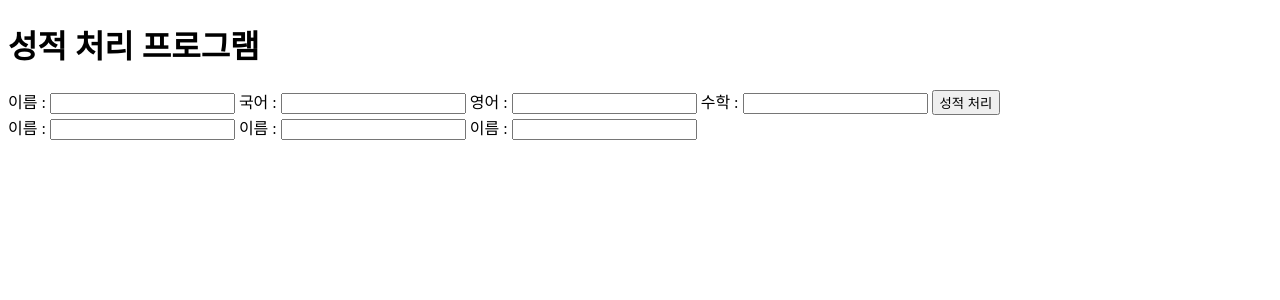
Repository: ChoHyeonJunn/Workspace_WEB
Page: jsp12_ajax01/WebContent/student.html
These files come from the project's save history. The page is drawn as it stood at one moment and after the next save; the edit follows.
The browser window is 1280 px wide. The pictures show the whole page.

Above is the page before, as saved 2020-01-22 06:45:55.

After the next save:
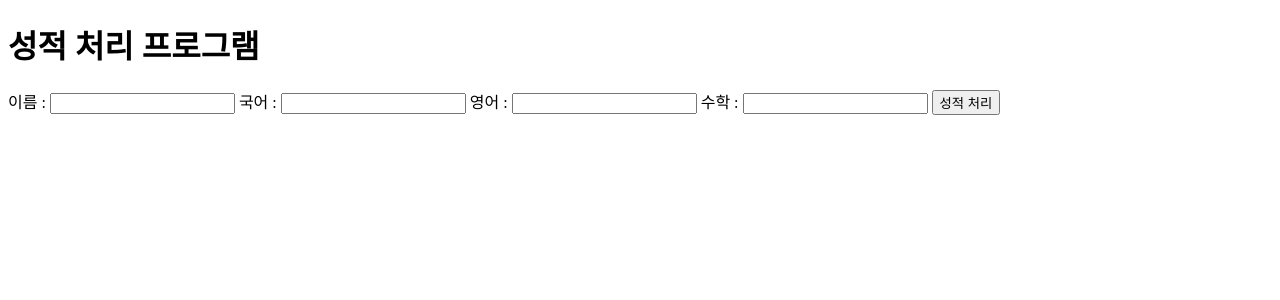
Saved 44 s later.
--- a/jsp12_ajax01/WebContent/student.html
+++ b/jsp12_ajax01/WebContent/student.html
@@ -3,6 +3,12 @@
 <head>
 <meta charset="UTF-8">
 <title>Insert title here</title>
+
+<script type="text/javascript" src="https://code.jquery.com/jquery-3.4.1.js"></script>
+<script type="text/javascript">
+
+</script>
+
 </head>
 <body>
 
@@ -15,9 +21,6 @@
 	<input type="button" id="process" value="성적 처리"><br>
 
 	<div id="result"></div>
-	이름 : <input type="text" id="name">
-	이름 : <input type="text" id="name">
-	이름 : <input type="text" id="name">
 
 </body>
 </html>
